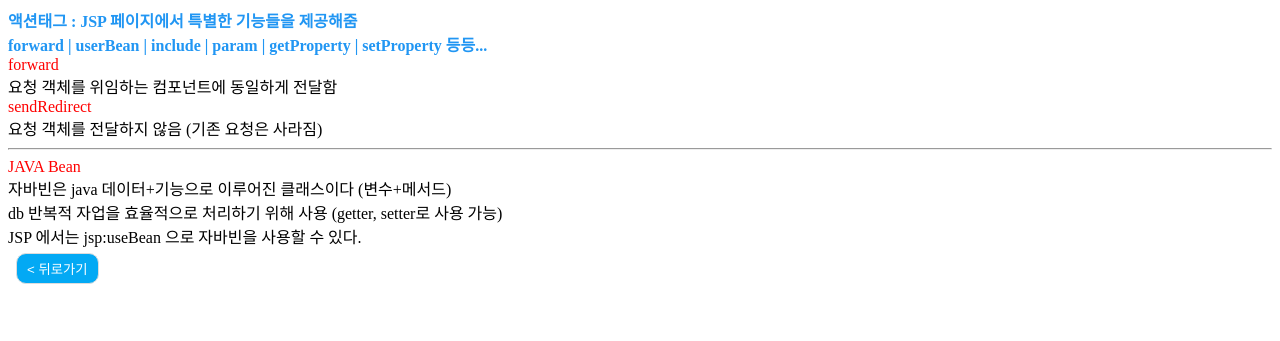
Repository: hyejux/JSP_STUDY
Page: http://localhost/JSPPractice2/JSP_ex5.jsp
An editor plug-in stored every save of this project. The page is shown before and after the next save, followed by the edit.
The browser window is 1280 px wide. The pictures show the whole page.
The page is served by Tomcat 9. Other server files are loaded and not shown.

Above is the page before, as saved 2025-01-07 16:55:12.

### JSPPractice2/src/main/webapp/JSP_ex5.jsp
<%@ page language="java" contentType="text/html; charset=UTF-8"
    pageEncoding="UTF-8"%>
<!DOCTYPE html>
<html>
<head>
<meta charset="UTF-8">
<title> 액션 태그 소개 </title>
<link rel="stylesheet" type="text/css" href="css/style.css"> </link>
</head>
<body>

	<div class="info">
		<div> 액션태그 : JSP 페이지에서 특별한 기능들을 제공해줌  </div>
		<div> forward | userBean | include | param | getProperty | setProperty 등등... </div>
	</div>

	<div class="point"> forward  </div>
	<%-- <jsp:forward page="index.jsp"/> --%>
	<div> 요청 객체를 위임하는 컴포넌트에 동일하게 전달함 </div>

	<div class="point"> sendRedirect  </div>
	<div> 요청 객체를 전달하지 않음  (기존 요청은 사라짐) </div>


	<hr>
	<div class="point"> JAVA Bean  </div>
	<div> 자바빈은 java 데이터+기능으로 이루어진 클래스이다 (변수+메서드) </div>
	<div> db 반복적 자업을 효율적으로 처리하기 위해 사용 (getter, setter로 사용 가능) </div>
	<div> JSP 에서는 jsp:useBean 으로 자바빈을 사용할 수 있다.</div>


<button type="button" class="btn1"  onclick = "location.href='index.jsp'"> < 뒤로가기 </button>
</body>
</html>

### JSPPractice2/src/main/webapp/css/style.css
.info{
	color : #2196f3;
	font-weight: bold;
}

.btn1 {
	border: 1px solid #ddd;
    color: #ffffff;
    border-radius: 10px;
    padding: 5px 10px;
    background: #03A9F4;
    margin-top: 5px;
}

.point {
	color : red;
}

After the next save:
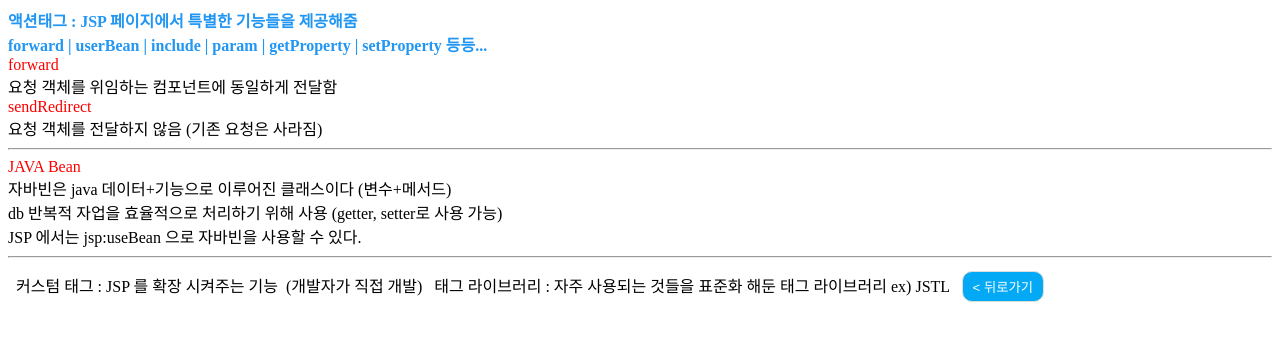
Saved 9 s later.
--- a/JSPPractice2/src/main/webapp/JSP_ex5.jsp
+++ b/JSPPractice2/src/main/webapp/JSP_ex5.jsp
@@ -27,6 +27,13 @@
 	<div> 자바빈은 java 데이터+기능으로 이루어진 클래스이다 (변수+메서드) </div>
 	<div> db 반복적 자업을 효율적으로 처리하기 위해 사용 (getter, setter로 사용 가능) </div>
 	<div> JSP 에서는 jsp:useBean 으로 자바빈을 사용할 수 있다.</div>
+	<hr>
+
+
+
+커스텀 태그 : JSP 를 확장 시켜주는 기능  (개발자가 직접 개발)
+
+태그 라이브러리 : 자주 사용되는 것들을 표준화 해둔 태그 라이브러리 ex) JSTL
 
 
 <button type="button" class="btn1"  onclick = "location.href='index.jsp'"> < 뒤로가기 </button>
